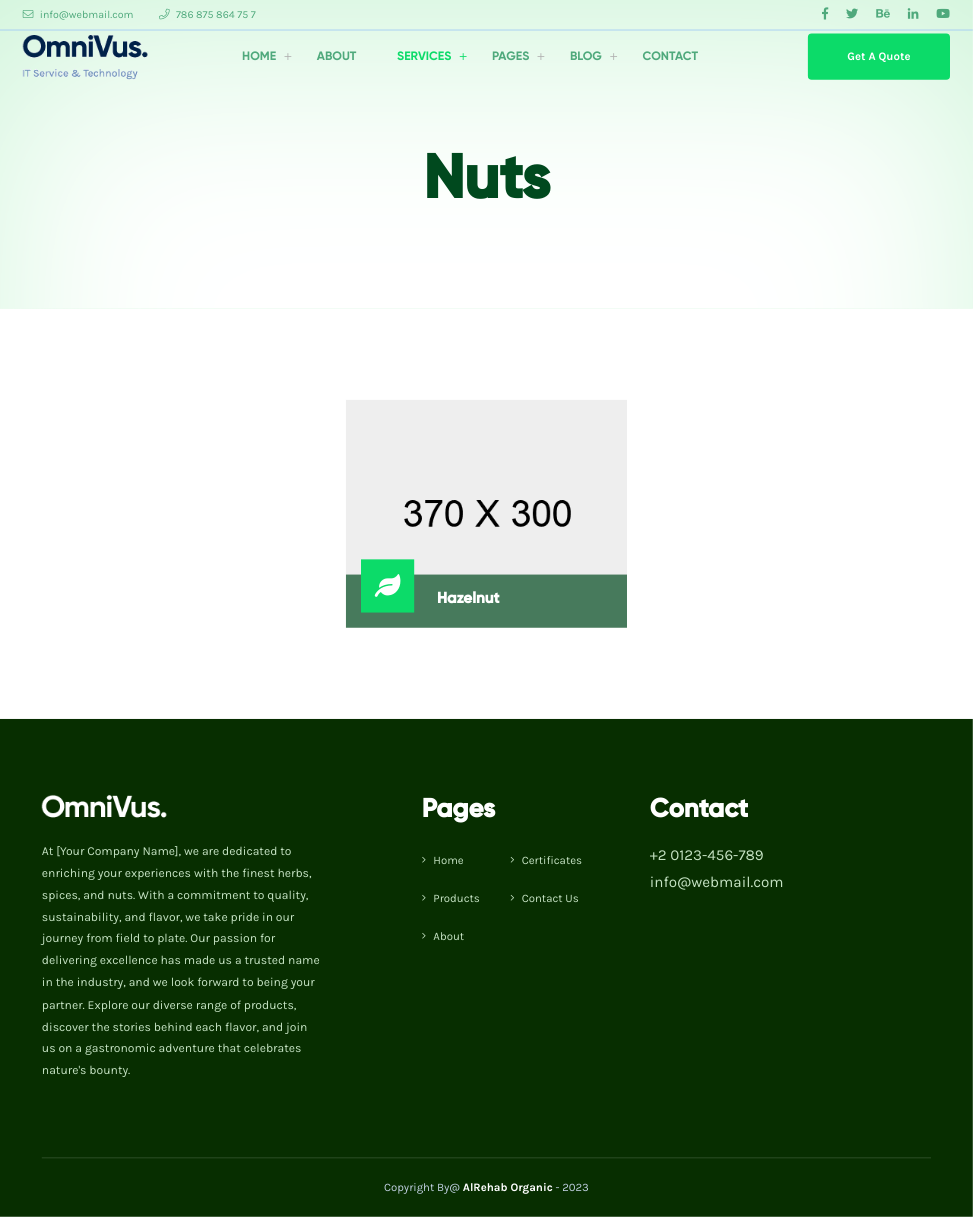
Repository: ziadmoh/alrehab-organic
Page: products.html
An editor plug-in stored every save of this project. The page is shown before and after the next save, followed by the edit.
The browser window is 1280 px wide. The pictures show the whole page, at 76% of full size.
The style sheet was rebuilt from its Sass, Less or Tailwind sources for each picture, by a compiler version that may differ from the author's.

Above is the page before, as saved 2023-09-26 12:05:55.

After the next save:
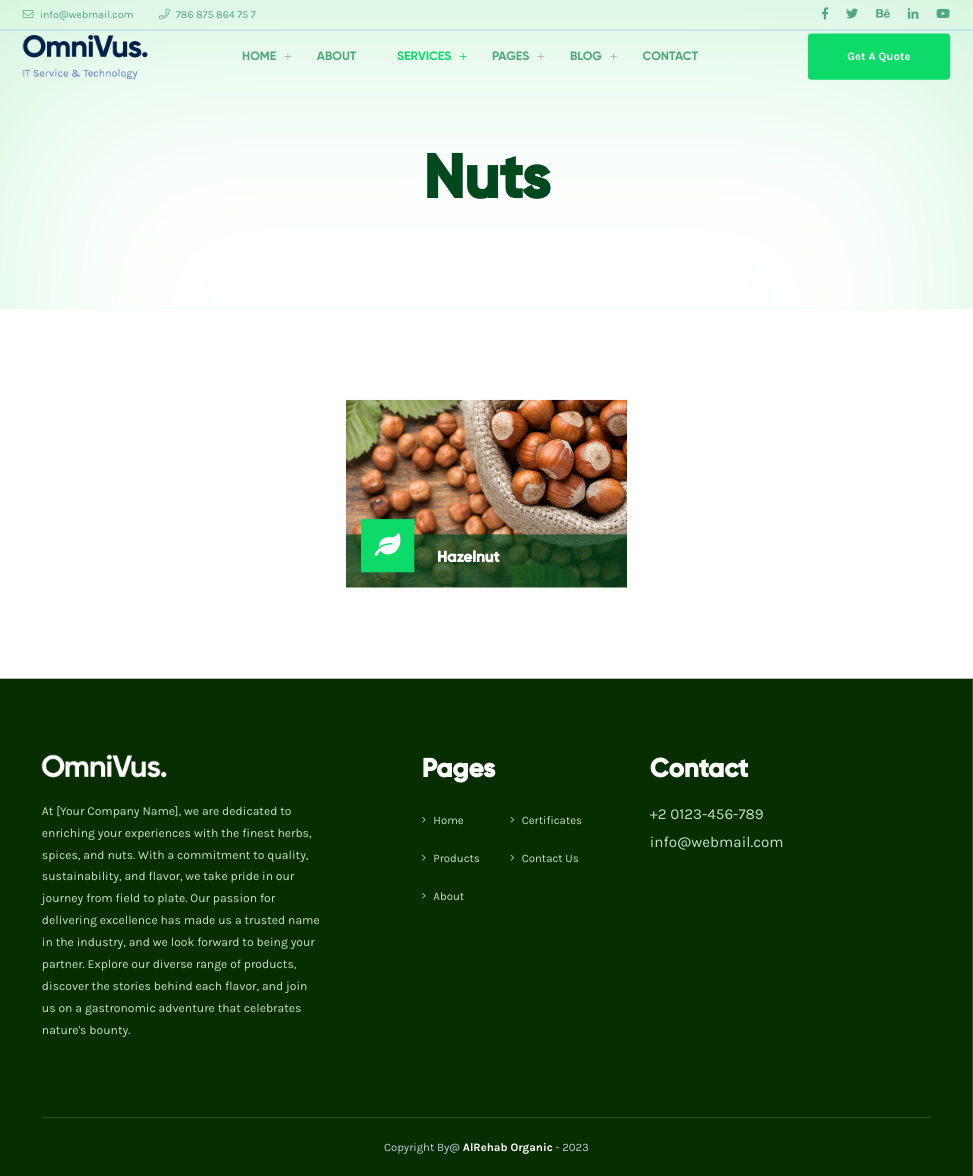
Saved 98 s later.
--- a/products.html
+++ b/products.html
@@ -164,7 +164,7 @@
                 <div class="col-lg-4 col-md-6 col-sm-8">
                     <div class="service-item-eight mb-30">
                         <div class="service-img">
-                            <img src="assets/img/service-img/07.jpg" alt="Image">
+                            <img src="assets/img/products/hazelnut.jpg" alt="Image">
                         </div>
                         <div class="services-overlay">
                             <div class="icon"><i class="fas fa-leaf"></i></div>
